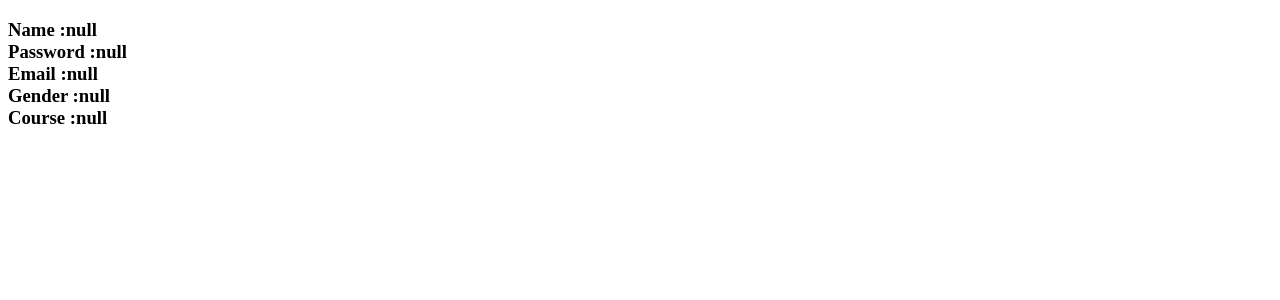
Repository: Kamleshmaury/CoreJava
Page: http://localhost/RegistrationForm/file.jsp
These files come from the project's save history. The page is drawn as it stood at one moment and after the next save; the edit follows.
The browser window is 1280 px wide. The pictures show the whole page.
The page is served by Tomcat 10. Other server files are loaded and not shown.

Above is the page before, as saved 2022-10-18 12:16:04.

### RegistrationForm/src/main/webapp/file.jsp
<%@ page language="java" contentType="text/html; charset=UTF-8"
    pageEncoding="UTF-8"%>
<!DOCTYPE html PUBLIC "-//W3C//DTD HTML 4.01 Transitional//EN" "http://www.w3.org/TR/html4/loose.dtd">
<html>
<head>
<meta http-equiv="Content-Type" content="text/html; charset=UTF-8">
<title>Insert title here</title>
</head>
<body>

         <h3><%
          	out.println("Name :"+request.getParameter("name")+"<br>");
     		out.println("Password :"+request.getParameter("password")+"<br>");
         	out.println("Email :"+request.getParameter("email")+"<br>");
         	out.println("Gender :"+request.getParameter("gender")+"<br>");
         	out.println("Course :"+request.getParameter("course")+"<br>");
          %></h3>

</body>
</html>

After the next save:
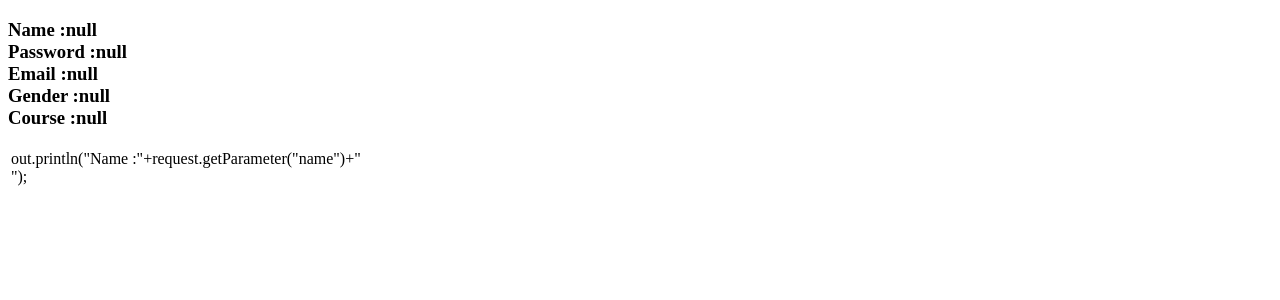
Saved 59 s later.
--- a/RegistrationForm/src/main/webapp/file.jsp
+++ b/RegistrationForm/src/main/webapp/file.jsp
@@ -7,7 +7,10 @@
 <title>Insert title here</title>
 </head>
 <body>
-
+	<table>
+		<tr>
+			<td>out.println("Name :"+request.getParameter("name")+"<br>");</td>
+		</tr>
          <h3><%
           	out.println("Name :"+request.getParameter("name")+"<br>");
      		out.println("Password :"+request.getParameter("password")+"<br>");
@@ -15,6 +18,6 @@
          	out.println("Gender :"+request.getParameter("gender")+"<br>");
          	out.println("Course :"+request.getParameter("course")+"<br>");
           %></h3>
-
+      </table>
 </body>
 </html>
